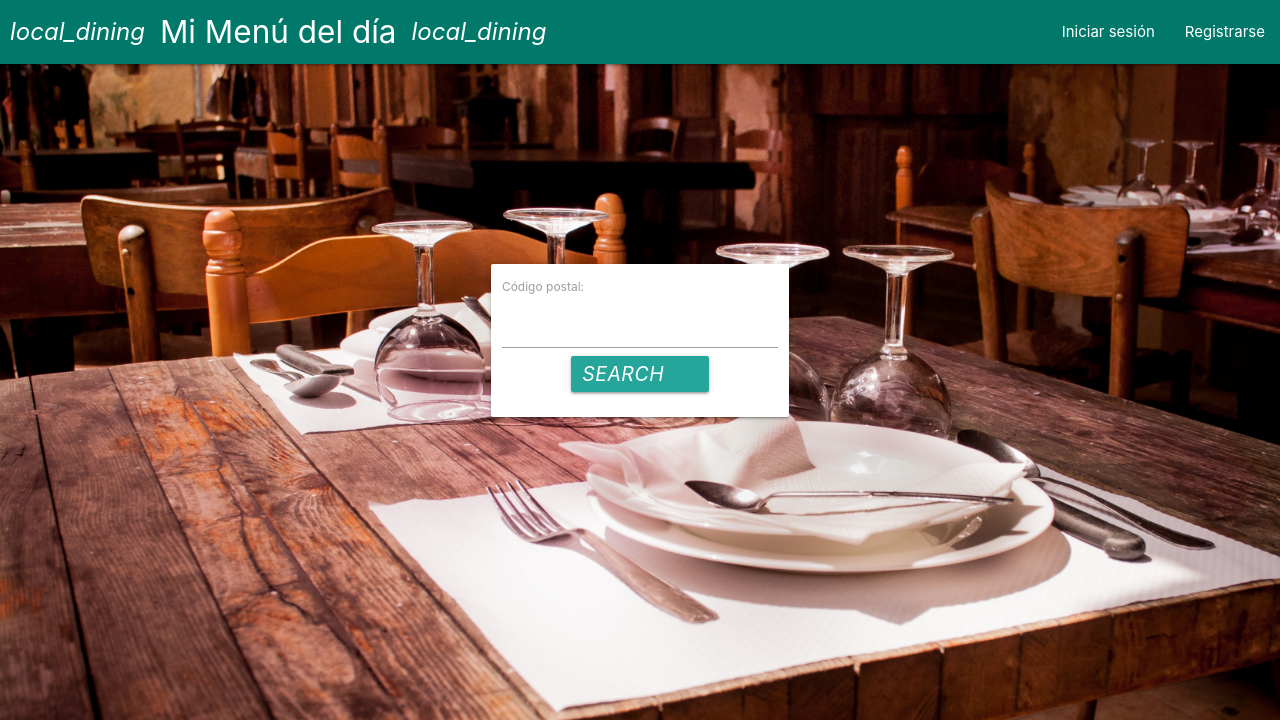
Repository: ixtab/ProyectoJavaRestaurante
Page: http://localhost/MiMenu/
An editor plug-in stored every save of this project. The page is shown before and after the next save, followed by the edit.
The browser window is 1280 px wide. The pictures show the whole page.
The page is served by Tomcat 9.

Above is the page before, as saved 2019-03-17 19:49:31.

### MiMenu/WebContent/index.jsp
<%@ page language="java" contentType="text/html; charset=ISO-8859-1"
    pageEncoding="ISO-8859-1"%>
<!DOCTYPE html>
<html>
<head>
	<meta charset="utf-8">
      <link href="https://fonts.googleapis.com/icon?family=Material+Icons" rel="stylesheet">
      <link type="text/css" rel="stylesheet" href="css/materialize.min.css"  media="screen,projection"/>
      <link type="text/css" rel="stylesheet" href="css/style.css" />
      <meta name="viewport" content="width=device-width, initial-scale=1.0"/>
	<title>Mi Menú del día</title>

</head>
<body>

	<header>
			<nav>
			    <div class="teal darken-2 nav-wrapper">
			      <a href="#" class="brand-logo"><i class="large material-icons">local_dining</i> Mi Menú del día <i class="large material-icons right">local_dining</i></a>
			      <ul id="nav-mobile" class="right hide-on-med-and-down">
			        <li><a href="iniciar.jsp">Iniciar sesión</a></li>
			        <li><a href="registro.jsp">Registrarse</a></li>
			      </ul>
			    </div>
			  </nav>
		</header>

	<div class="trans margen-superior container row">
		<div class="margen-superior card-panel col s4 offset-s4 padding">

			<form class = "flow-text">
				<label >Código postal:<input type="text" id="cp"></label>
			</form>
			<a class=" margen-inferior waves-effect waves-light btn col s6 offset-s3 hoverable" onclick="buscar()"><i class="material-icons left">search</i>Buscar</a>
		</div>
	</div>


	<script type="text/javascript" src="js/materialize.min.js"></script>
</body>
</html>

### MiMenu/WebContent/css/style.css
html {
    background: url(../img/fondo.jpg) no-repeat center center fixed;
    -webkit-background-size: cover;
    -moz-background-size: cover;
    -o-background-size: cover;
    background-size: cover;
}

body {

}


.margen-superior {
	margin-top: 100px;
}

.margen-inferior {
	margin-bottom: 25px;
}

.mapa {
	display: none;
}

.transparente {
	opacity: 0.5;
}
.brand-logo {
	padding-left: 10px !important;
}

Loaded but not shown: MiMenu/WebContent/css/materialize.min.css (library); MiMenu/WebContent/js/materialize.min.js (library)

After the next save:
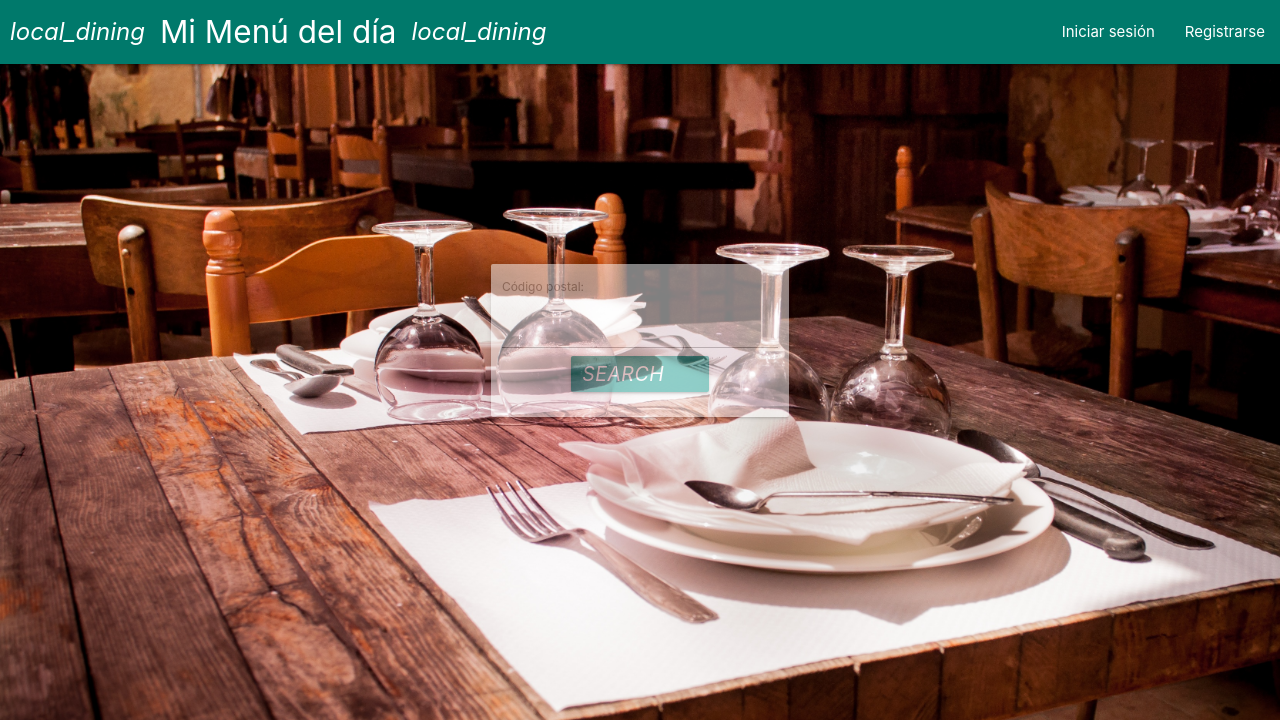
Saved 6 s later.
--- a/MiMenu/WebContent/css/style.css
+++ b/MiMenu/WebContent/css/style.css
@@ -23,7 +23,7 @@ body {
 	display: none;
 }
 
-.transparente {
+.trans {
 	opacity: 0.5;
 }
 .brand-logo {
